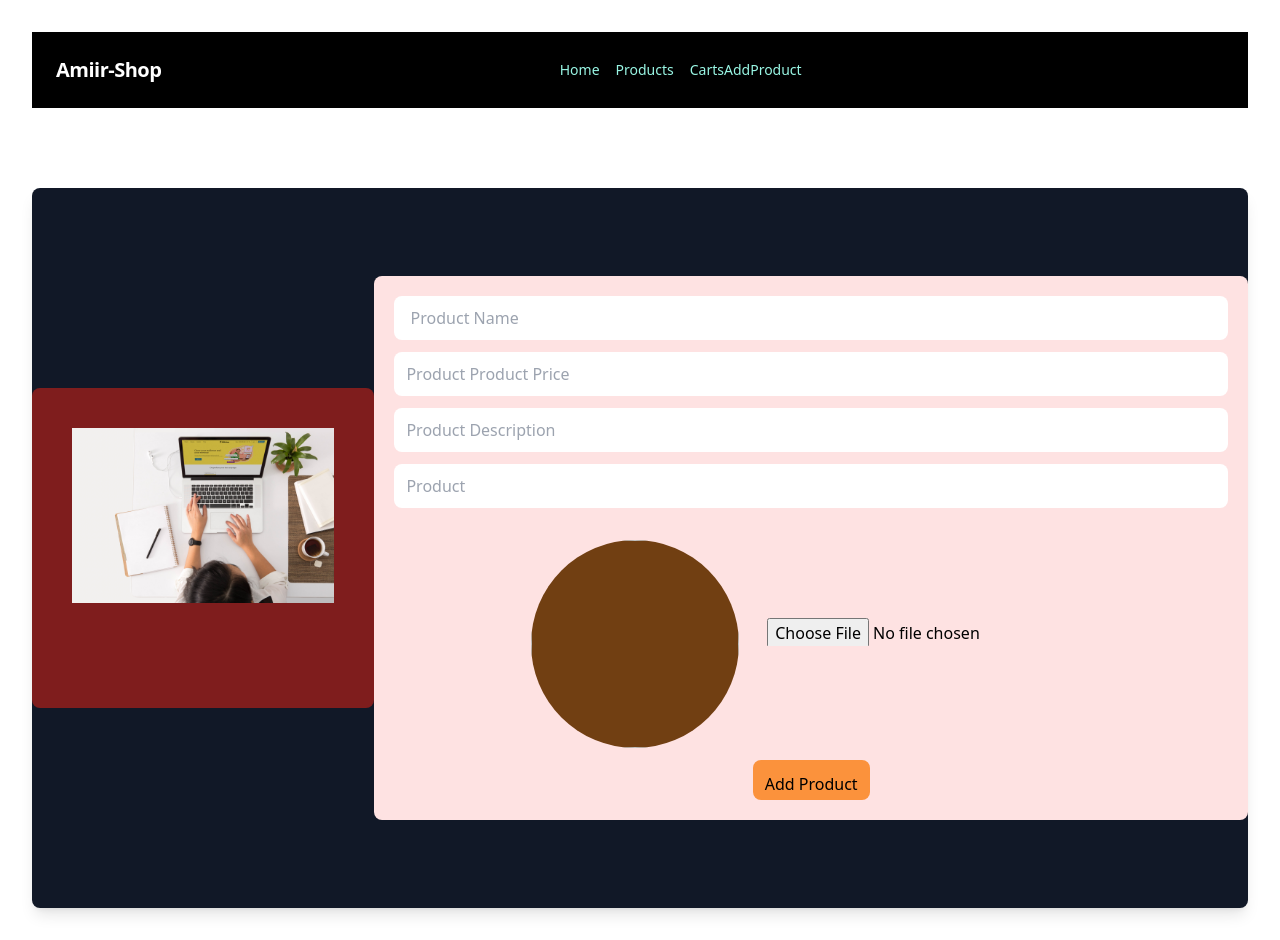
Repository: ENG-AMIIR-MUSE/ECommerce-app-using-react
Page: /addProducts
The author's editor kept a copy of each file at every save. The page is drawn from the files as they stood at one save, then again after the next save.
The browser window is 1280 px wide. The pictures show the whole page.
The page's requests for data from a server got no answer. The project was rebuilt for these pictures with package versions that can differ from the ones it lists, and the page was loaded fresh each time. No one was signed in, and anything a server would have sent is missing. Also part of the build but not shown: vite.config.js, src/Components/productList.js, src/Components/productCard.js.

Above is the page before, as saved 2023-06-24 20:58:20.

After the next save:
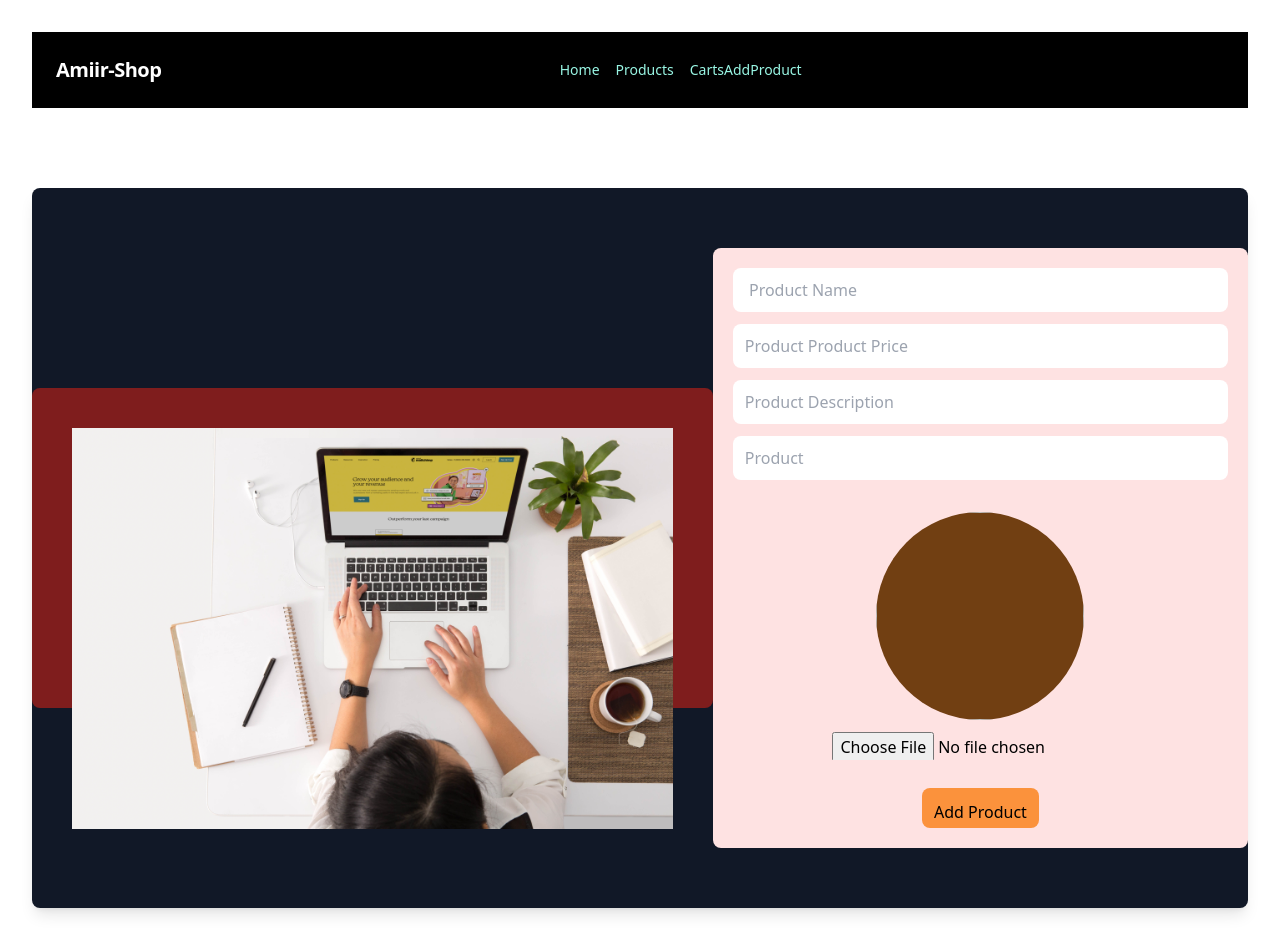
Saved 9 s later.
--- a/src/Components/AddProduct.jsx
+++ b/src/Components/AddProduct.jsx
@@ -7,7 +7,7 @@
     return(
 
         <div  className="bg-gray-900 mt-0  max-w-sm text-black  min-h-screen flex flex-col lg:flex-row lg:max-w-full 2xl:max-w-full max-w-sm mx-auto justify-center items-center  shadow-lg rounded-lg  overflow-hidden">
-          <div className="w-96 rounded-lg mx-auto  bg-red-900  m-5 h-80 p-10  ">
+          <div className="w-full rounded-lg mx-auto  bg-red-900  m-5 h-80 p-10  ">
            <img src= {reactsvg}  alt="missing-product-image"/>
           </div>
           <div className="  m-10 rounded-lg bg-red-100 mx-auto mx-auto mx-auto">

After the save that followed:
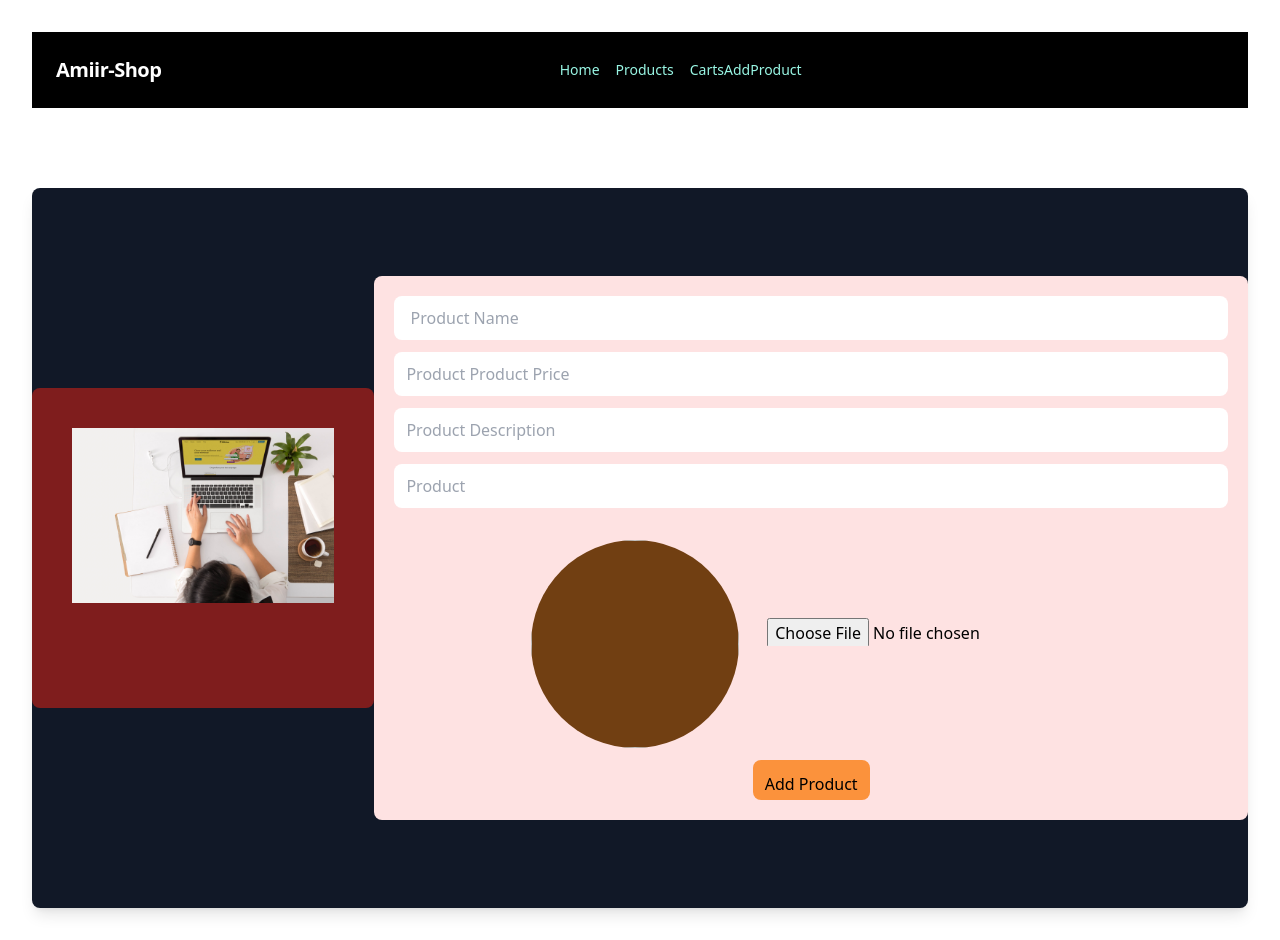
Saved 9 s later.
--- a/src/Components/AddProduct.jsx
+++ b/src/Components/AddProduct.jsx
@@ -7,7 +7,7 @@
     return(
 
         <div  className="bg-gray-900 mt-0  max-w-sm text-black  min-h-screen flex flex-col lg:flex-row lg:max-w-full 2xl:max-w-full max-w-sm mx-auto justify-center items-center  shadow-lg rounded-lg  overflow-hidden">
-          <div className="w-full rounded-lg mx-auto  bg-red-900  m-5 h-80 p-10  ">
+          <div className="w-96 rounded-lg mx-auto  bg-red-900  m-5 h-80 p-10  ">
            <img src= {reactsvg}  alt="missing-product-image"/>
           </div>
           <div className="  m-10 rounded-lg bg-red-100 mx-auto mx-auto mx-auto">
